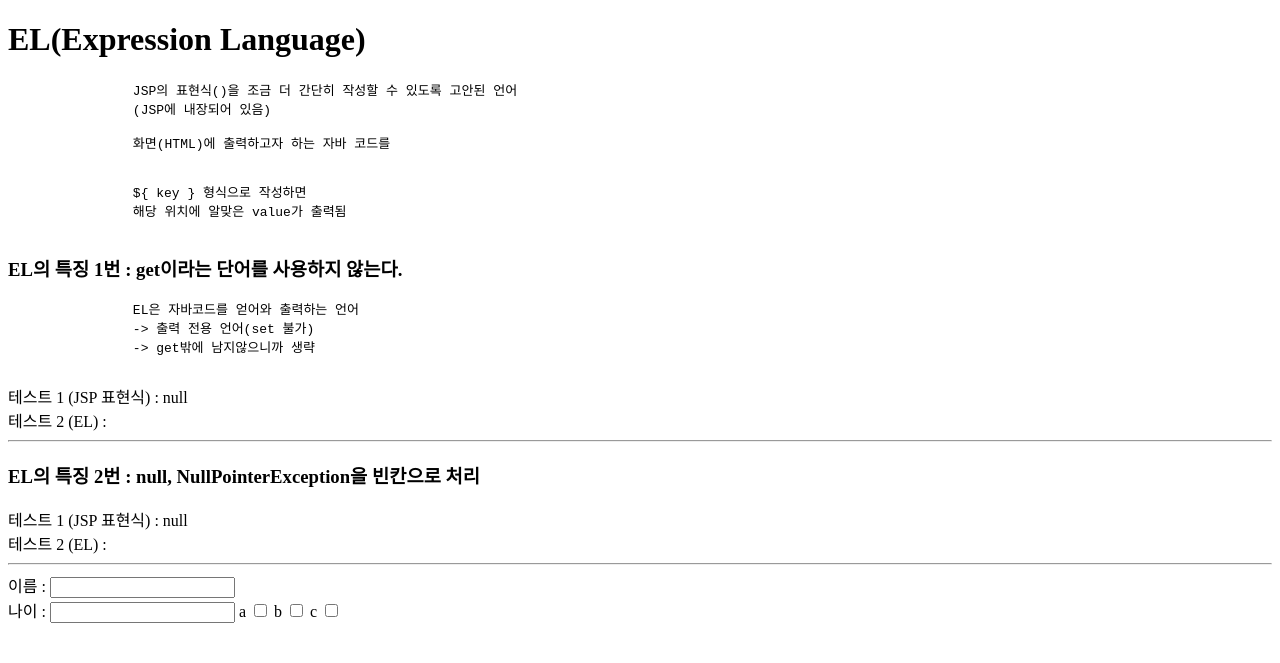
Repository: seungjoo1217/05_Server
Page: http://localhost/JSPProject2/elTest
These files come from the project's save history. The page is drawn as it stood at one moment and after the next save; the edit follows.
The browser window is 1280 px wide. The pictures show the whole page.
The page is served by Tomcat 10. Other server files are loaded and not shown.

Above is the page before, as saved 2024-03-22 03:31:36.

### JSPProject2/src/main/webapp/WEB-INF/views/el/elTest.jsp
<%@ page language="java" contentType="text/html; charset=UTF-8"
    pageEncoding="UTF-8"%>
<!DOCTYPE html>
<html>
<head>
<meta charset="UTF-8">
<title>EL</title>
</head>
<body>
	<h1>EL(Expression Language)</h1>

	<pre>
		JSP의 표현식(<%-- <%= %> --%>)을 조금 더 간단히 작성할 수 있도록 고안된 언어
		(JSP에 내장되어 있음)

		화면(HTML)에 출력하고자 하는 자바 코드를

		<%-- \$ 로 작성하면 화면에 잘 출력됨 --%>
		\${ key } 형식으로 작성하면
		해당 위치에 알맞은 value가 출력됨
	</pre>

	<h3>EL의 특징 1번 : get이라는 단어를 사용하지 않는다.</h3>
	<pre>
		EL은 자바코드를 얻어와 출력하는 언어
		-> 출력 전용 언어(set 불가)
		-> get밖에 남지않으니까 생략
	</pre>

	테스트 1 (JSP 표현식) : <%= request.getParameter("test") %>
	<br>
	테스트 2 (EL) : ${param.test}


	<hr>

	<h3>EL의 특징 2번 : null, NullPointerException을 빈칸으로 처리</h3>

	테스트 1 (JSP 표현식) : <%= request.getParameter("num") %>
	<br>
	테스트 2 (EL) : ${param.num}


	<hr>

	<form>
		이름 : <input name="inputName">
		<br>
		나이 : <input type="number" name="inputAge">

		a <input type="checkbox" name="opt" value="a">
		b <input type="checkbox" name="opt" value="b">
		c <input type="checkbox" name="opt" value="c">
	</form>





</body>
</html>

### JSPProject2/src/main/java/edu/kh/jsp/controller/ELTestController.java
package edu.kh.jsp.controller;

import java.io.IOException;

import jakarta.servlet.RequestDispatcher;
import jakarta.servlet.ServletException;
import jakarta.servlet.annotation.WebServlet;
import jakarta.servlet.http.HttpServlet;
import jakarta.servlet.http.HttpServletRequest;
import jakarta.servlet.http.HttpServletResponse;

@WebServlet("/elTest")
public class ELTestController extends HttpServlet{

	// a태그 요청 (get방식)
	@Override
	protected void doGet(HttpServletRequest req, HttpServletResponse resp) throws ServletException, IOException {
		// jsp 경로는 어디기준? webapp 기준
		RequestDispatcher dispatcher = req.getRequestDispatcher("/WEB-INF/views/el/elTest.jsp");

		dispatcher.forward(req, resp);

	}









}

After the next save:
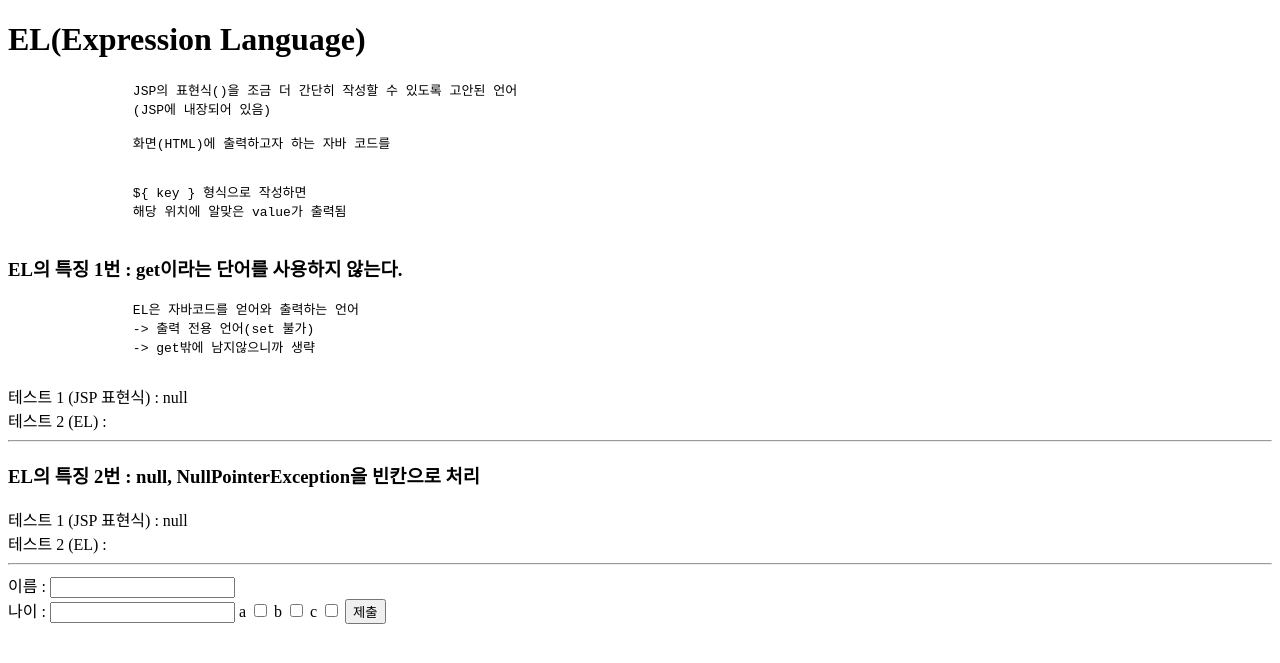
Saved 20 s later.
--- a/JSPProject2/src/main/webapp/WEB-INF/views/el/elTest.jsp
+++ b/JSPProject2/src/main/webapp/WEB-INF/views/el/elTest.jsp
@@ -51,6 +51,8 @@
 		a <input type="checkbox" name="opt" value="a">
 		b <input type="checkbox" name="opt" value="b">
 		c <input type="checkbox" name="opt" value="c">
+
+		<button>제출</button>
 	</form>
 
 
